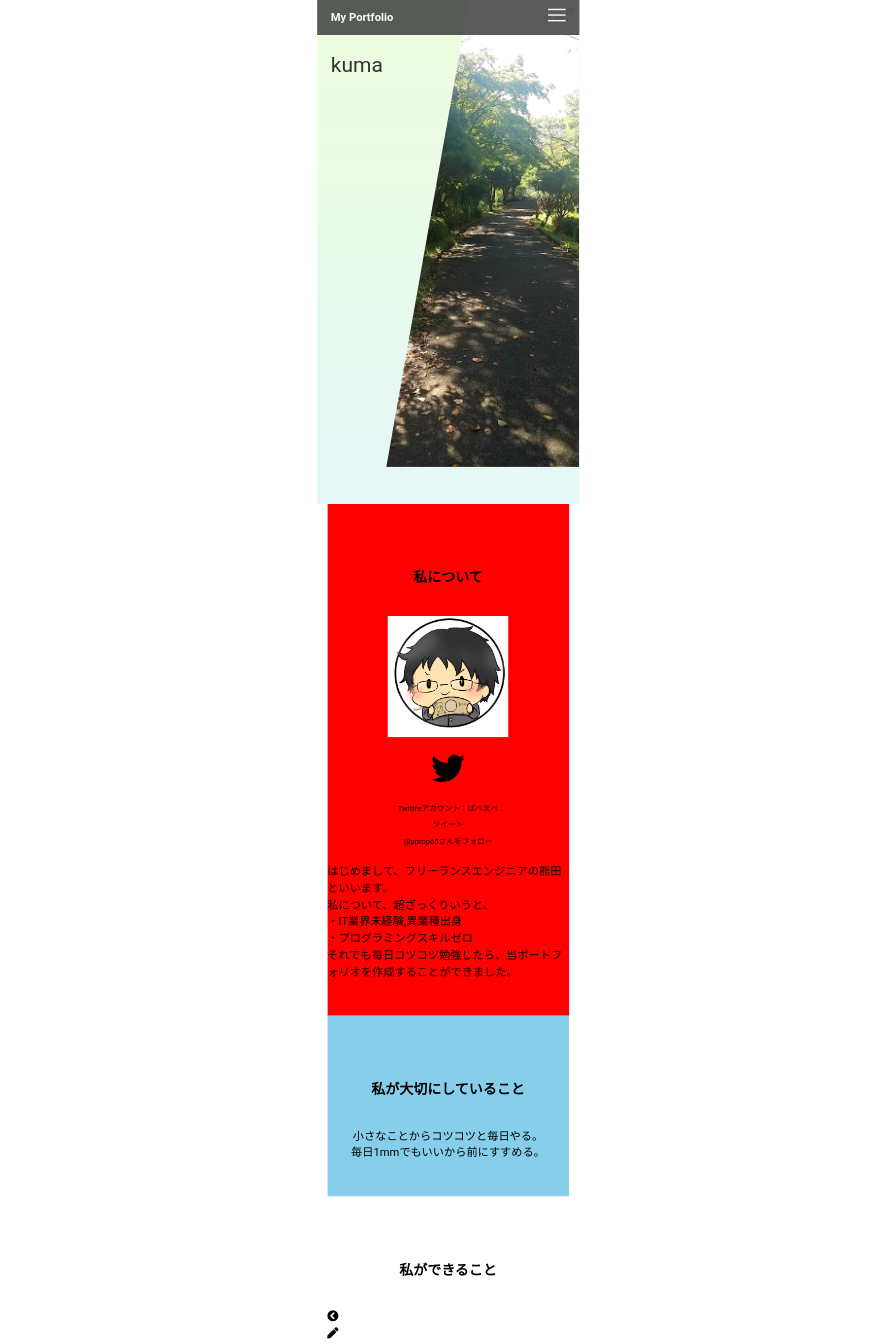
Repository: ppmp556/portfolio6
Page: index copy.html
The author's editor kept a copy of each file at every save. The page is drawn from the files as they stood at one save, then again after the next save.
The browser window is 1280 px wide. The pictures show the part of the page from y = 0 to 1920 px (the page is 3189 px tall before and 3213 px after), at 70% of full size.
Some web libraries are served in a nearby version. The style sheet was rebuilt from its Sass, Less or Tailwind sources for each picture, by a compiler version that may differ from the author's.

Above is the page before, as saved 2020-10-12 22:37:31.
Console error: TypeError: Cannot read properties of null (reading 'addEventListener')

After the next save:
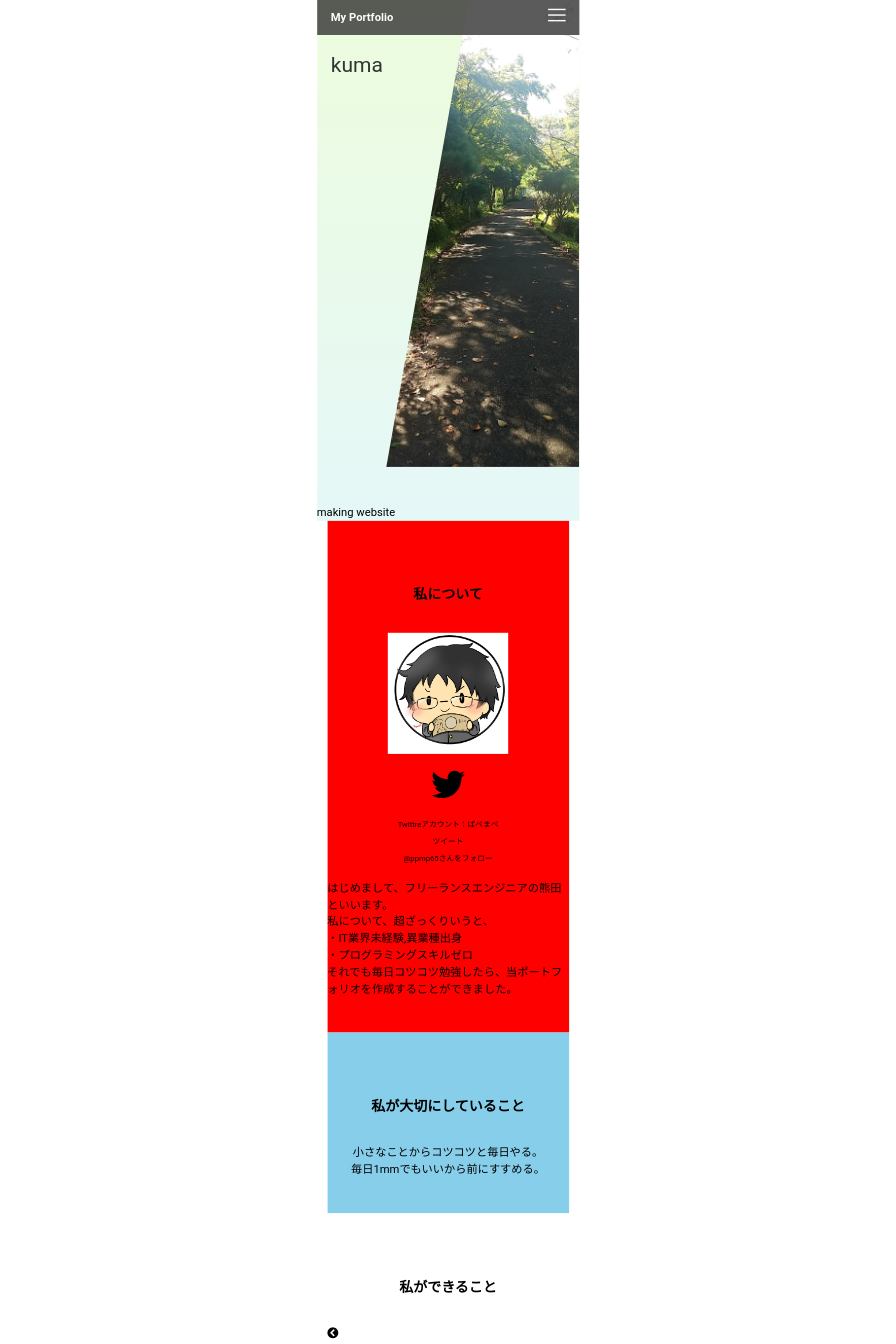
Saved 3 min 55 s later.
--- a/css/main.scss
+++ b/css/main.scss
@@ -147,6 +147,10 @@
         font-size: 3rem;
         color: $cBlack;
 
+    }
+
+    &::after {
+        content: 'making website';
     }
 
     &_ttl {

After the save that followed:
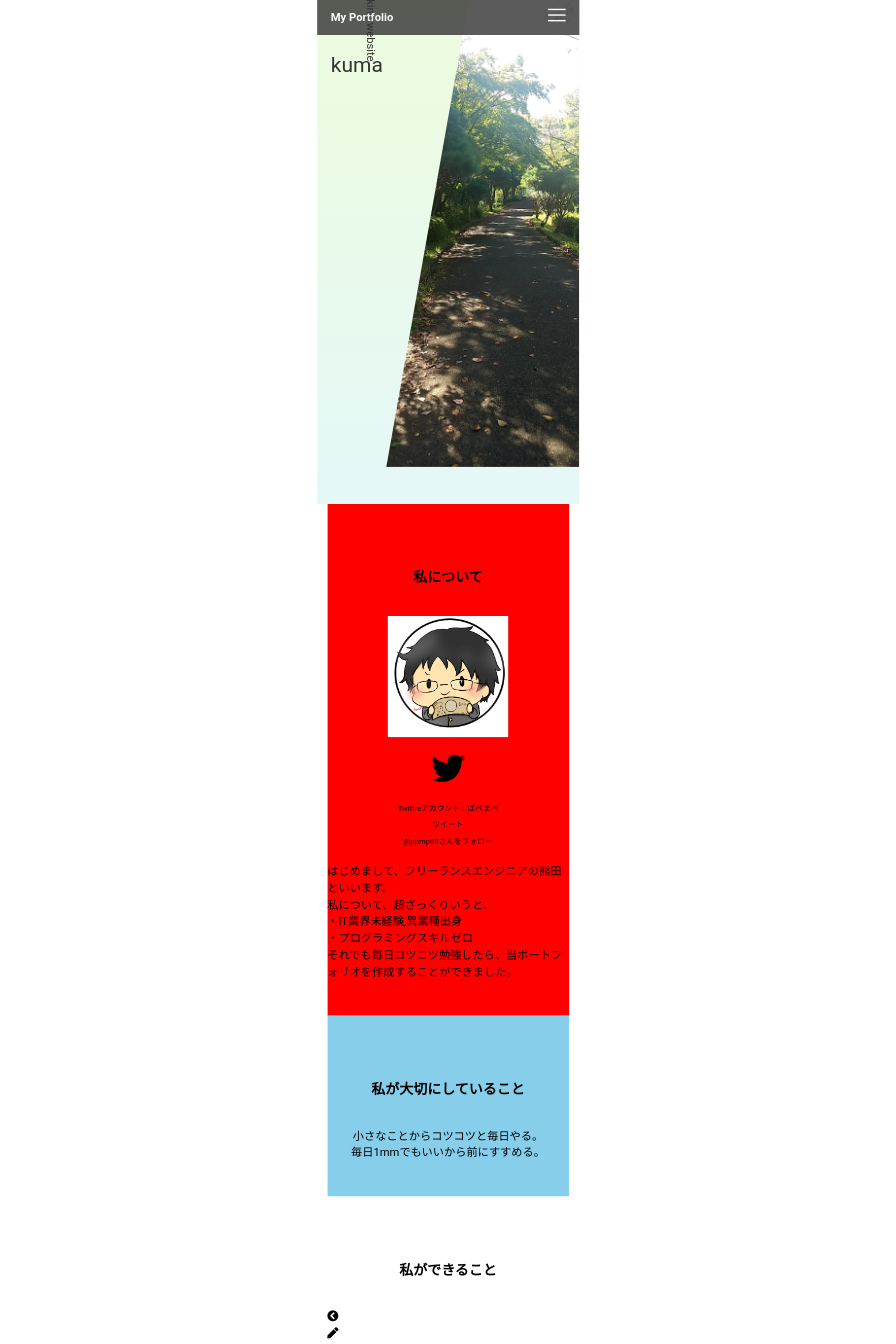
Saved 38 s later.
--- a/css/main.scss
+++ b/css/main.scss
@@ -151,6 +151,11 @@
 
     &::after {
         content: 'making website';
+        position: absolute;
+        top: 20px;
+        left: 20px;
+        transform: rotate(90deg);
+        color: $cBlack;
     }
 
     &_ttl {
